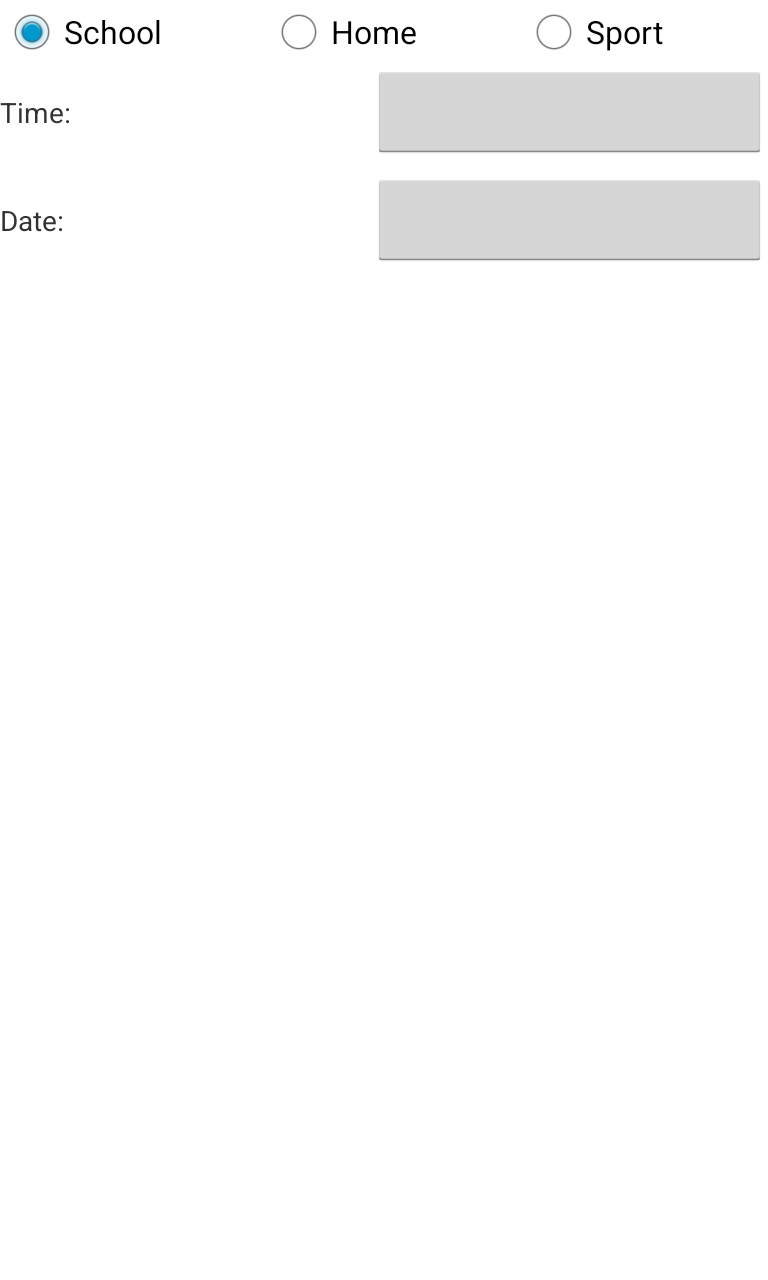
Repository: sehmon/workspace-eclipse
Layout: MilesTracker/res/layout/test_fragment_new_mile.xml
The author's editor kept a copy of each file at every save. The layout is drawn from the files as they stood at one save, then again after the next save.
It is drawn on a 768 x 1280 px phone screen (xhdpi) without system bars, with theme AppTheme; the app's code is not run. The app's manifest (not shown) leaves right-to-left support off. So textAlignment, textDirection and layoutDirection are ignored, and left and right values win over start and end ones.

Above is the layout before, as saved 2014-04-06 03:11:25.

After the next save:
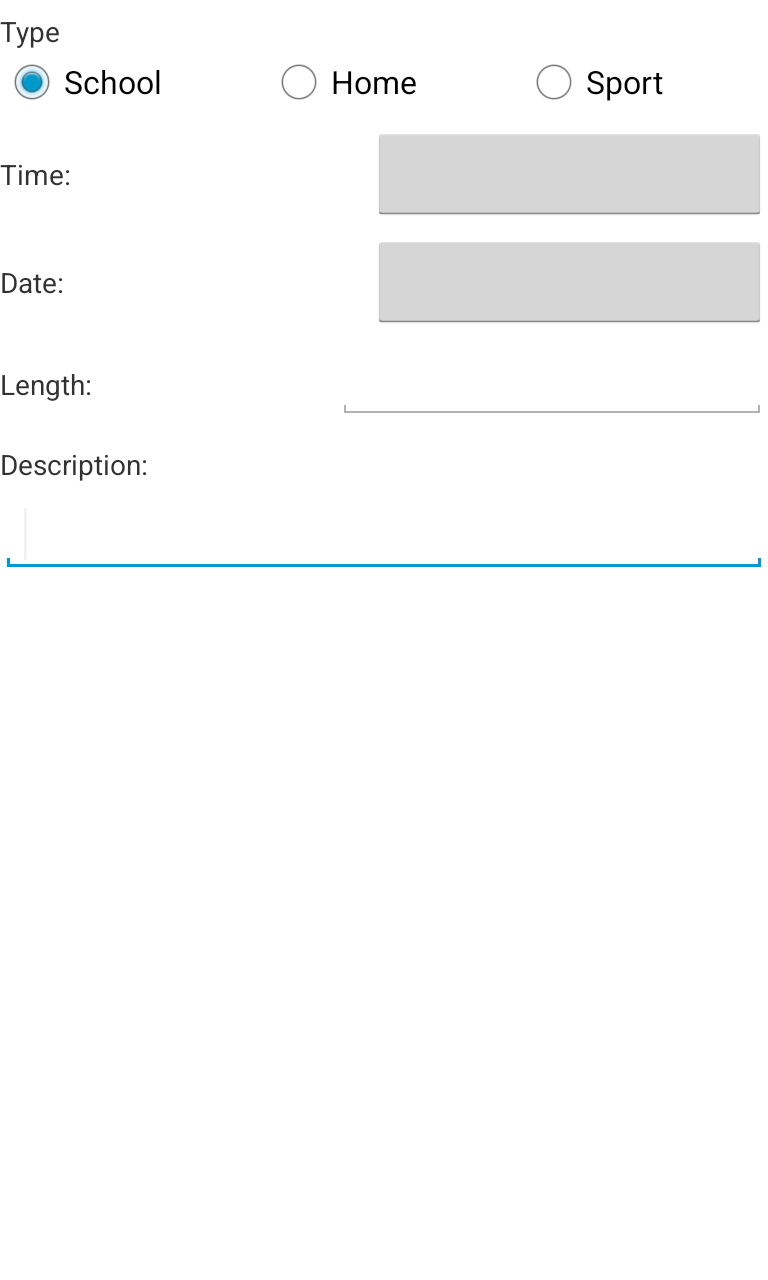
Saved 107 s later.
--- a/MilesTracker/res/layout/test_fragment_new_mile.xml
+++ b/MilesTracker/res/layout/test_fragment_new_mile.xml
@@ -1,10 +1,17 @@
 <?xml version="1.0" encoding="utf-8"?>
 <TableLayout xmlns:android="http://schemas.android.com/apk/res/android"
     android:layout_width="match_parent"
-    android:layout_height="match_parent" >
+    android:layout_height="match_parent"
+    android:layout_marginLeft="3dp" >
 
+    <TextView
+        android:id="@+id/newMileTypeTextView"
+        android:layout_width="wrap_content"
+        android:layout_height="wrap_content"
+        android:text="@string/new_mile_type"
+        android:layout_marginTop="6dp" />
 
-      <RadioGroup
+    <RadioGroup
         android:id="@+id/typeRadioGroup"
         android:layout_width="fill_parent"
         android:layout_height="wrap_content"
@@ -35,29 +42,28 @@
 
     </RadioGroup>
 
-      <TableRow
-          android:layout_width="wrap_content"
-          android:layout_height="wrap_content"
-          >
+    <TableRow
+        android:layout_width="fill_parent"
+        android:layout_height="wrap_content"
+        android:layout_marginTop="6dp" >
 
-
-          <TextView
-              android:id="@+id/newMileTimeTextView"
+        <TextView
+            android:id="@+id/newMileTimeTextView"
             android:layout_width="wrap_content"
             android:layout_height="wrap_content"
             android:layout_weight="1"
-            android:text="@string/new_mile_time"/>
+            android:text="@string/new_mile_time" />
 
-          <Button
+        <Button
             android:id="@+id/timeButton"
             style="?android:attr/buttonStyleSmall"
             android:layout_width="wrap_content"
             android:layout_height="wrap_content"
             android:layout_weight="1" />
 
-      </TableRow>
+    </TableRow>
 
-      <TableRow
+    <TableRow
         android:layout_width="fill_parent"
         android:layout_height="wrap_content"
         android:layout_marginTop="6dp" >
@@ -79,4 +85,44 @@
     </TableRow>
 
 
+    <TableRow
+        android:layout_width="fill_parent"
+        android:layout_height="wrap_content"
+        android:layout_marginTop="6dp" >
+
+       <TextView
+        android:id="@+id/lengthTextView"
+        android:layout_width="0dip"
+        android:layout_height="wrap_content"
+        android:layout_weight="1"
+        android:text="@string/new_mile_length"/>
+
+       <EditText
+           android:inputType="numberDecimal"
+           android:layout_width="wrap_content"
+           android:layout_height="wrap_content"
+           android:id="@+id/lengthEditText"
+           android:layout_weight="1"
+           android:textAlignment="center"/>
+    </TableRow>
+
+
+    <TextView
+        android:id="@+id/descriptionTextView"
+        android:layout_width="wrap_content"
+        android:layout_height="wrap_content"
+        android:text="@string/new_mile_description"
+        android:layout_marginTop="12dp" />
+
+    <EditText
+        android:id="@+id/descriptionEditText"
+        android:layout_width="match_parent"
+        android:layout_height="wrap_content"
+        android:ems="10"
+        android:inputType="textMultiLine"
+        android:layout_marginTop="6dp" >
+
+        <requestFocus />
+    </EditText>
+
 </TableLayout>
